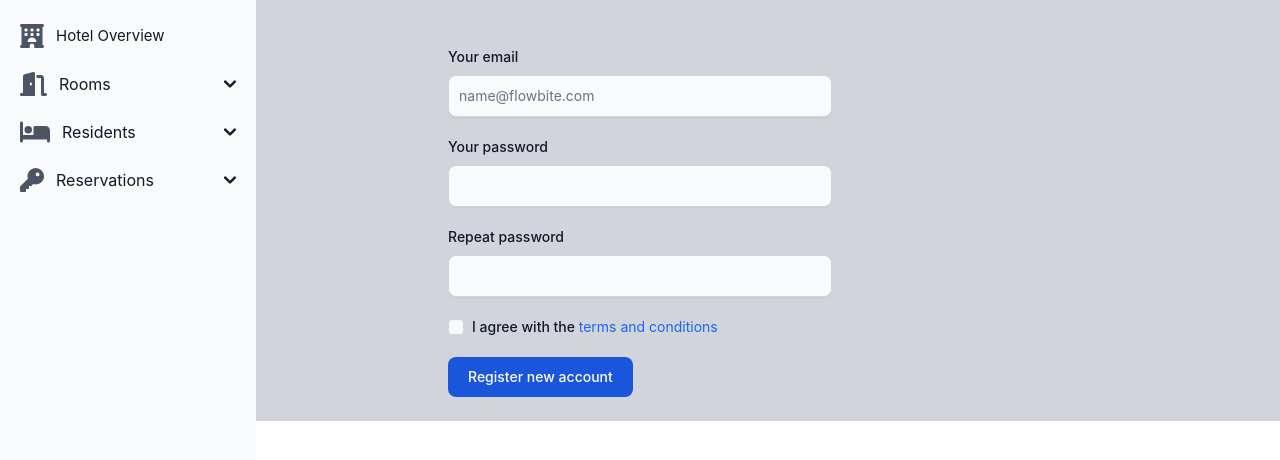
Repository: aggepap/hotelReservationsProj
Page: /rooms/add (app in admin-panel/)
These files come from the project's save history. The page is drawn as it stood at one moment and after the next save; the edit follows.
The browser window is 1280 px wide. The pictures show the whole page.
The project was rebuilt for these pictures with package versions that can differ from the ones it lists, and the page was loaded fresh each time. Also part of the build but not shown: admin-panel/vite.config.ts, admin-panel/src/views/HomeView.vue.

Above is the page before, as saved 2025-01-19 15:45:58.

After the next save:
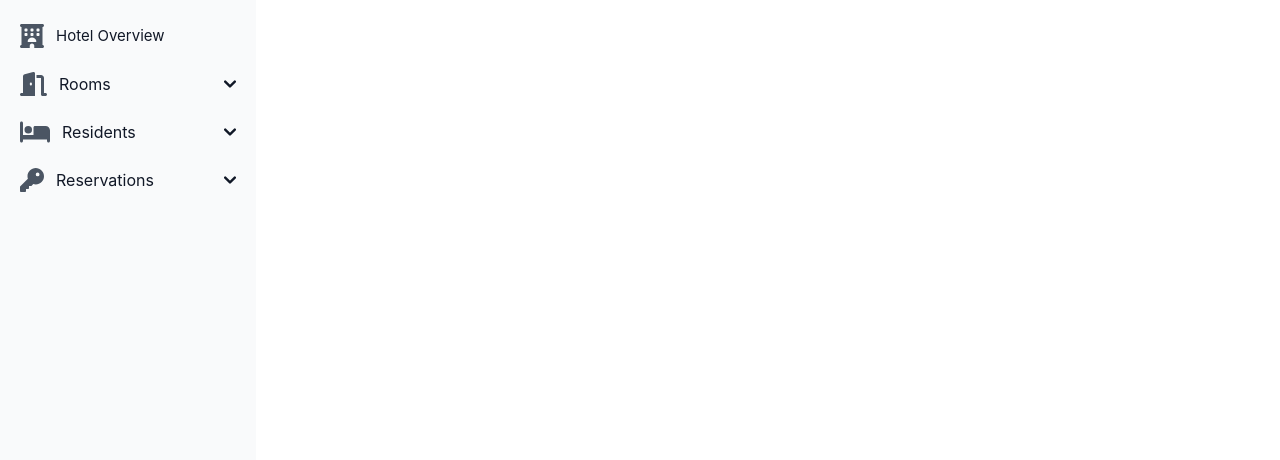
Saved 29 s later.
--- a/admin-panel/src/App.vue
+++ b/admin-panel/src/App.vue
@@ -30,7 +30,9 @@
       ></path>
     </svg>
   </button>
-  <section class="flex">
+  <section
+    class="flex flex-col items-start justify-between w-64 h-screen px-3 py-4 overflow-y-auto bg-gray-50 dark:bg-gray-800"
+  >
     <aside
       id="sidebar-multi-level-sidebar"
       class="fixed top-0 left-0 z-40 w-64 h-screen transition-transform -translate-x-full sm:translate-x-0"

After the save that followed:
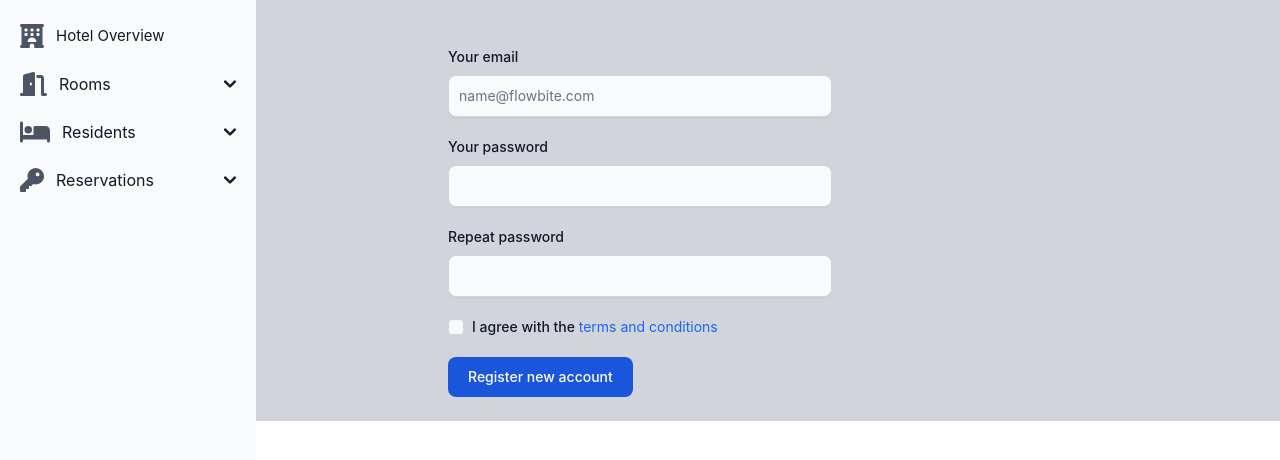
Saved 10 s later.
--- a/admin-panel/src/App.vue
+++ b/admin-panel/src/App.vue
@@ -30,9 +30,7 @@
       ></path>
     </svg>
   </button>
-  <section
-    class="flex flex-col items-start justify-between w-64 h-screen px-3 py-4 overflow-y-auto bg-gray-50 dark:bg-gray-800"
-  >
+  <section class="flex flex-row">
     <aside
       id="sidebar-multi-level-sidebar"
       class="fixed top-0 left-0 z-40 w-64 h-screen transition-transform -translate-x-full sm:translate-x-0"
